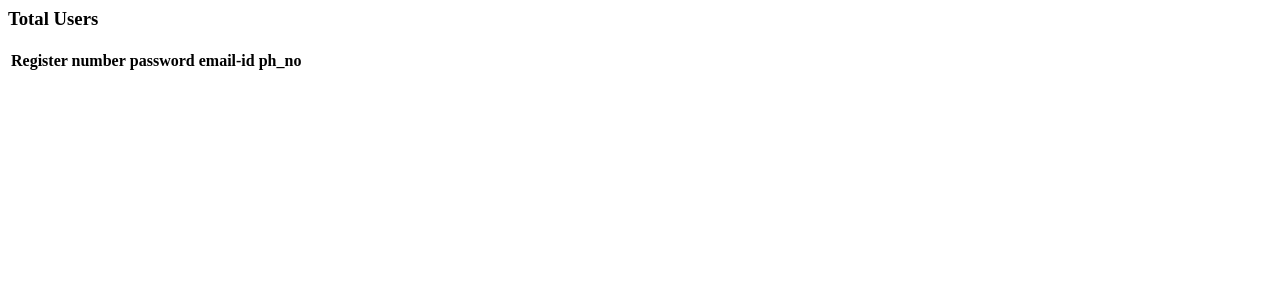
Repository: keerthipriya19/AdvancedJavaLab
Page: http://localhost/Exp_8/Reg.jsp
The author's editor kept a copy of each file at every save. The page is drawn from the files as they stood at one save, then again after the next save.
The browser window is 1280 px wide. The pictures show the whole page.
The page is served by Tomcat 9. Queries for data that is not in the repository find no rows.

Above is the page before, as saved 2021-02-05 06:14:47.

### Exp 8/WebContent/Reg.jsp
<html>
<body>
	<%@ page import="java.sql.*"%>
	<%!Connection con;
	Statement st;
	ResultSet rs;
	int no;
	String q, name1, pwd1, email1, phoneno;%>
	<%
		Class.forName("com.mysql.jdbc.Driver");
	String url = "jdbc:mysql://localhost:3306/onlinestore";
	con = DriverManager.getConnection(url, "root", "root");
	st = con.createStatement();

	name1 = request.getParameter("nametxt");
	pwd1 = request.getParameter("passtxt");
	email1 = request.getParameter("emailtxt");
	phoneno = request.getParameter("phtxt");
	q = "insert into user values ('" + name1 + "','" + pwd1 + "','" + email1;
	q = q + "','" + phoneno + "')";
	no = st.executeUpdate(q);
	if (no > 0) {
	%>

	<h3><%=no%>
		row is inserted
	</h3>
	<%
		}
	%>
	<h3>Total Users</h3>
	<table width=0>
		<tr>
			<th>Register number</th>
			<th>password</th>
			<th>email-id</th>
			<th>ph_no</th>
		</tr>
		<%
			st = con.createStatement();
		rs = st.executeQuery("select * from user");
		while (rs.next()) {
		%>
		<tr>
			<td><%=rs.getString(1)%>
			<td><%=rs.getString(2)%>
			<td><%=rs.getString(3)%>
			<td><%=rs.getString(4)%>
		</tr>
		<%
			}
		%>
	</table>
</body>
</html>

After the next save:
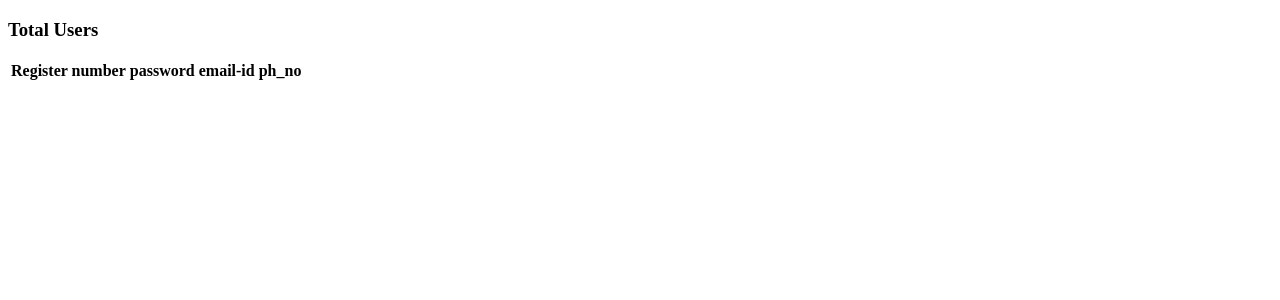
Saved 17 s later.
--- a/Exp 8/WebContent/Reg.jsp
+++ b/Exp 8/WebContent/Reg.jsp
@@ -1,3 +1,6 @@
+<%@ page language="java" contentType="text/html; charset=ISO-8859-1"
+    pageEncoding="ISO-8859-1"%>
+<!DOCTYPE html>
 <html>
 <body>
 	<%@ page import="java.sql.*"%>
